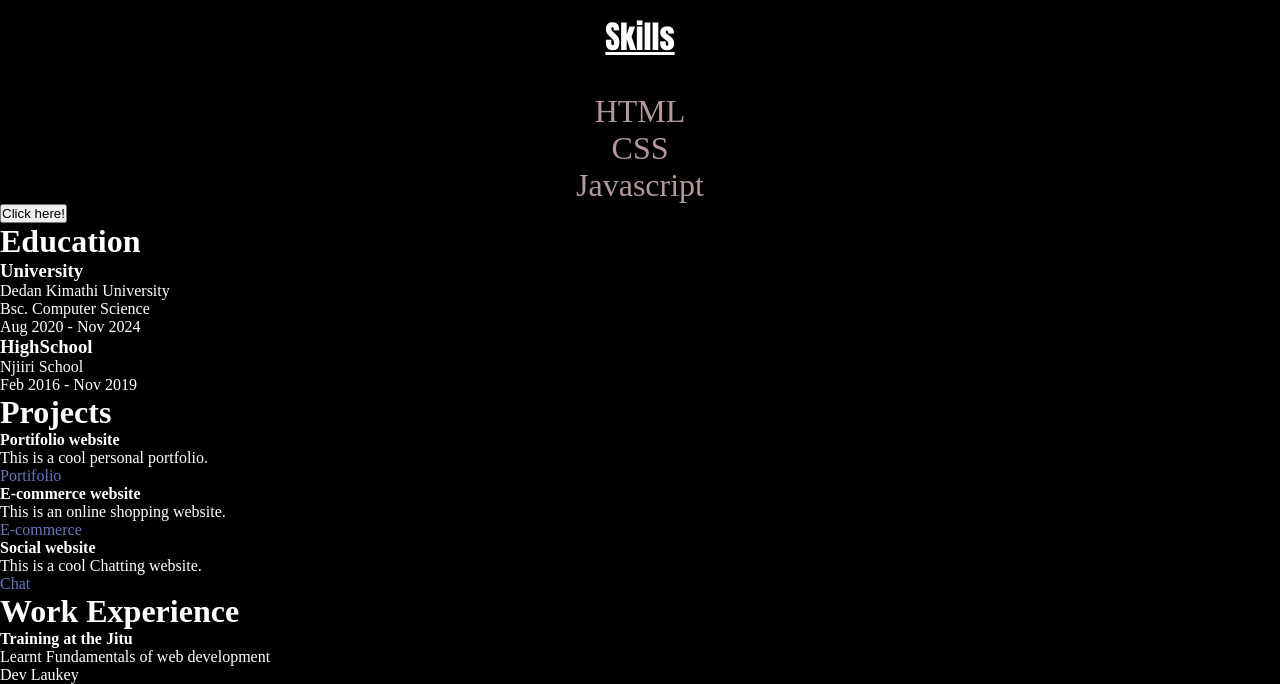
Repository: LaukeyMwaura/Jitu-Day-2
Page: index.html
An editor plug-in stored every save of this project. The page is shown before and after the next save, followed by the edit.
The browser window is 1280 px wide. The pictures show the part of the page from y = 640 to 1381 px (the page is 1324 px tall before and 1381 px after).
A picture or video elsewhere on the page could not be fetched, so the positions and the page height are approximate.

Above is the page before, as saved 2022-05-12 00:32:41.

After the next save:
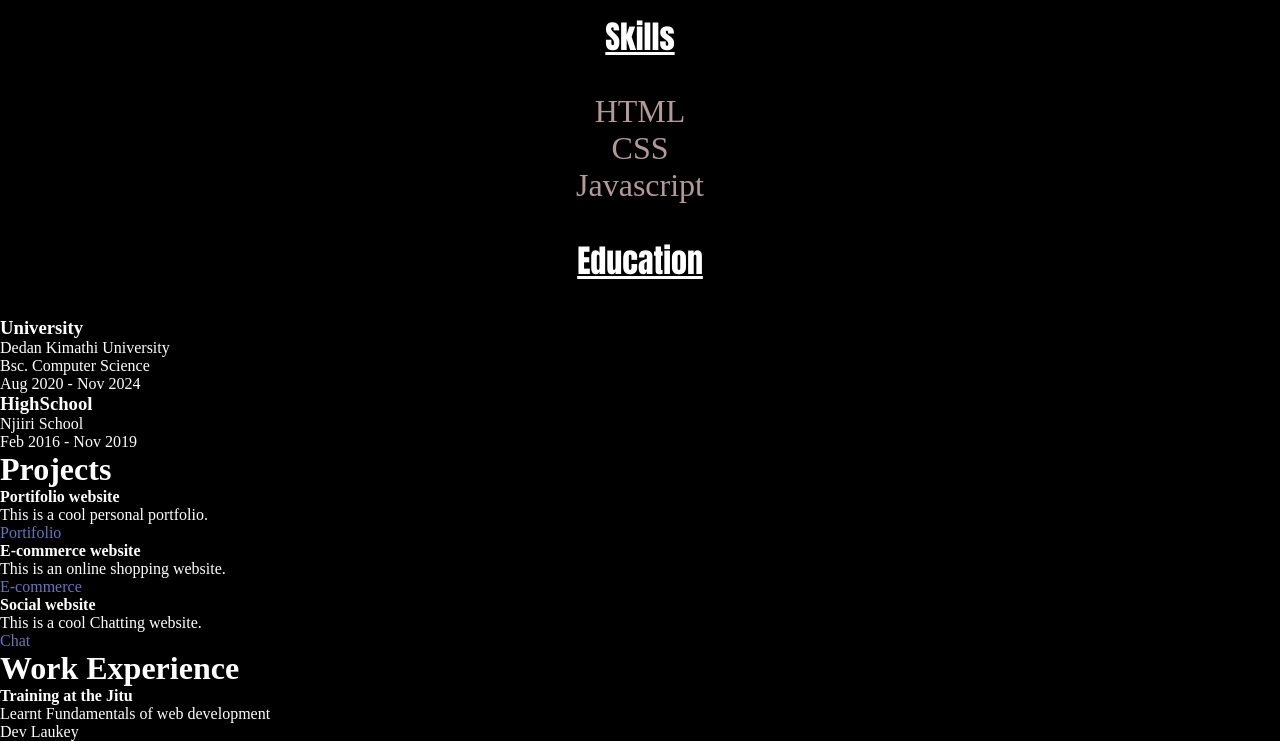
Saved 21 s later.
--- a/index.html
+++ b/index.html
@@ -55,11 +55,9 @@
         <li>Javascript</li>
       </ul>
     </div>
-    <button>
-      Click here!
-    </button>
+
     <div class="education" id="education">
-      <h1>Education</h1>
+      <h1 class="heading">Education</h1>
       <div class="">
         <h3>University</h3>
         <p>Dedan Kimathi University</p>
